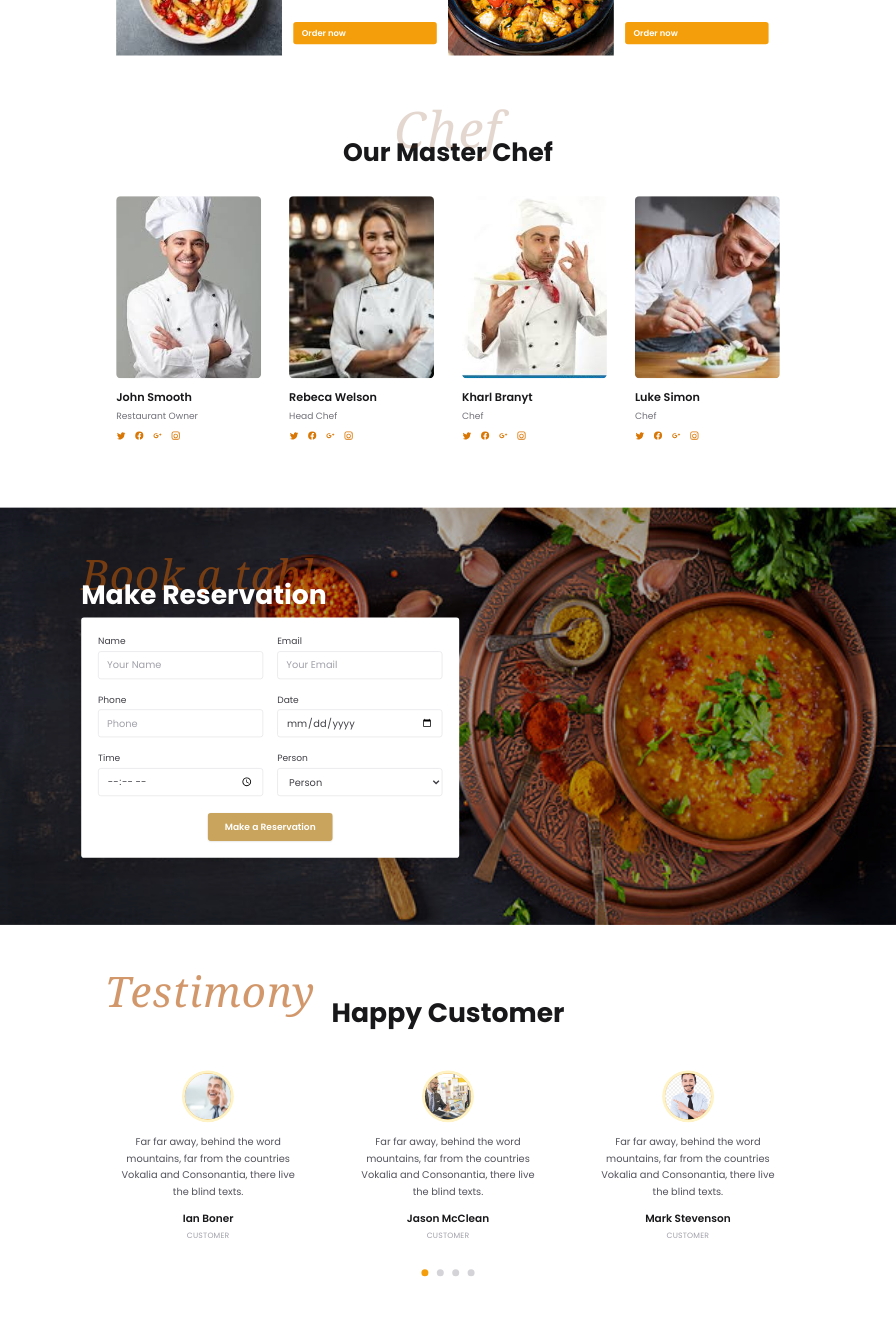
Repository: Purniagithub/Benttacproject
Page: /
These files come from the project's save history. The page is drawn as it stood at one moment and after the next save; the edit follows.
The browser window is 1280 px wide. The pictures show the part of the page from y = 2385 to 4305 px (the page is 4305 px tall), at 70% of full size.
Some web fonts or font styles are not loaded; a fallback is used. The project was rebuilt for these pictures with package versions that can differ from the ones it lists, and the page was loaded fresh each time. Also part of the build but not shown: vite.config.js.

Above is the page before, as saved 2025-08-21 19:33:13.

After the next save:
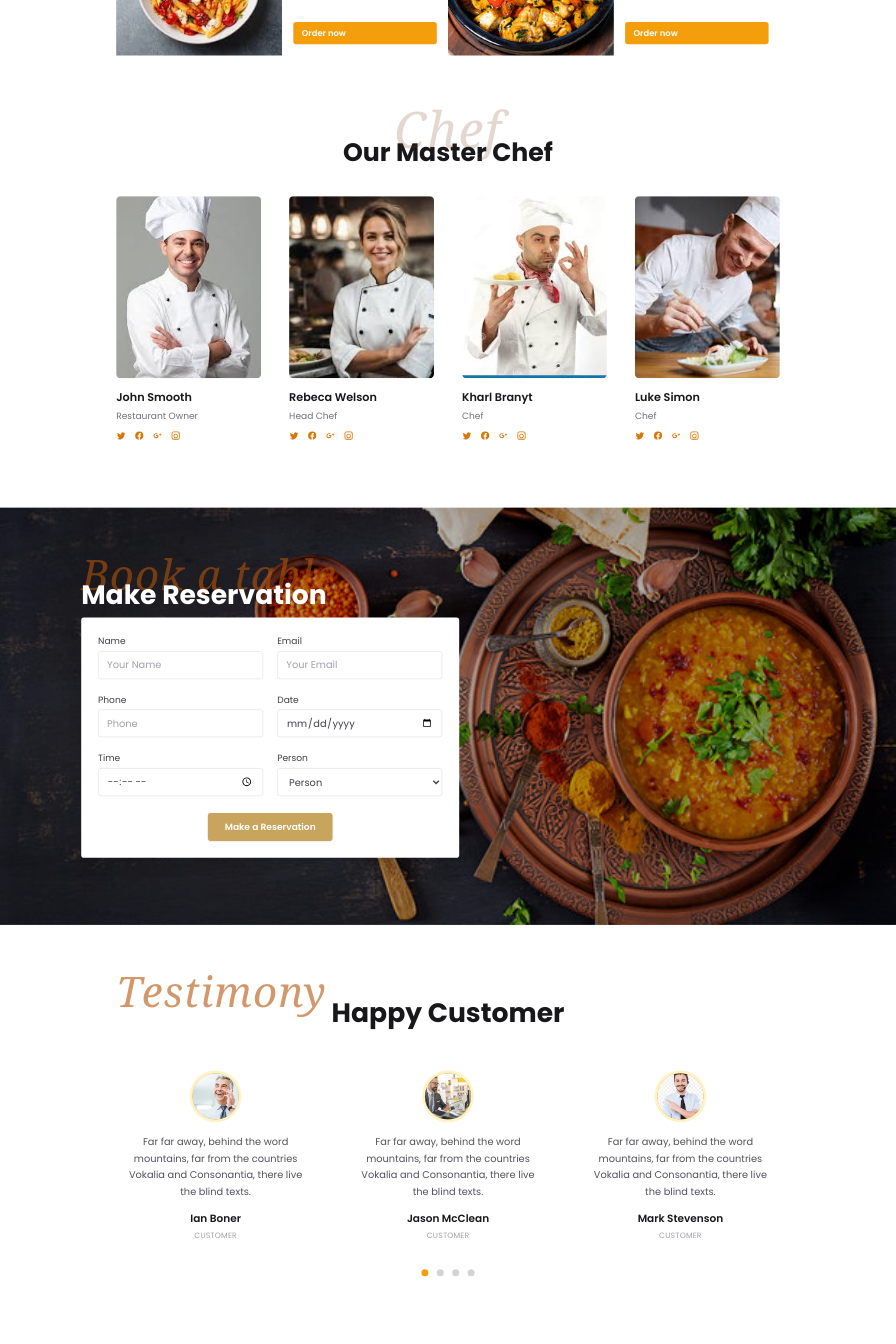
Saved 6 s later.
--- a/src/components/ReservationTestimonials.jsx
+++ b/src/components/ReservationTestimonials.jsx
@@ -147,7 +147,7 @@ export default function ReservationTestimonials() {
       </div>
 
       {/* Testimonials */}
-      <div className="relative mx-auto max-w-[980px]  py-20 sm:py-24">
+      <div className="relative mx-auto max-w-[980px] px-4 py-20 sm:py-24">
         <div className="relative">
           <Accent text="Testimony" />
           <h2 className="text-center text-[34px] sm:text-[38px] font-extrabold text-zinc-900">
